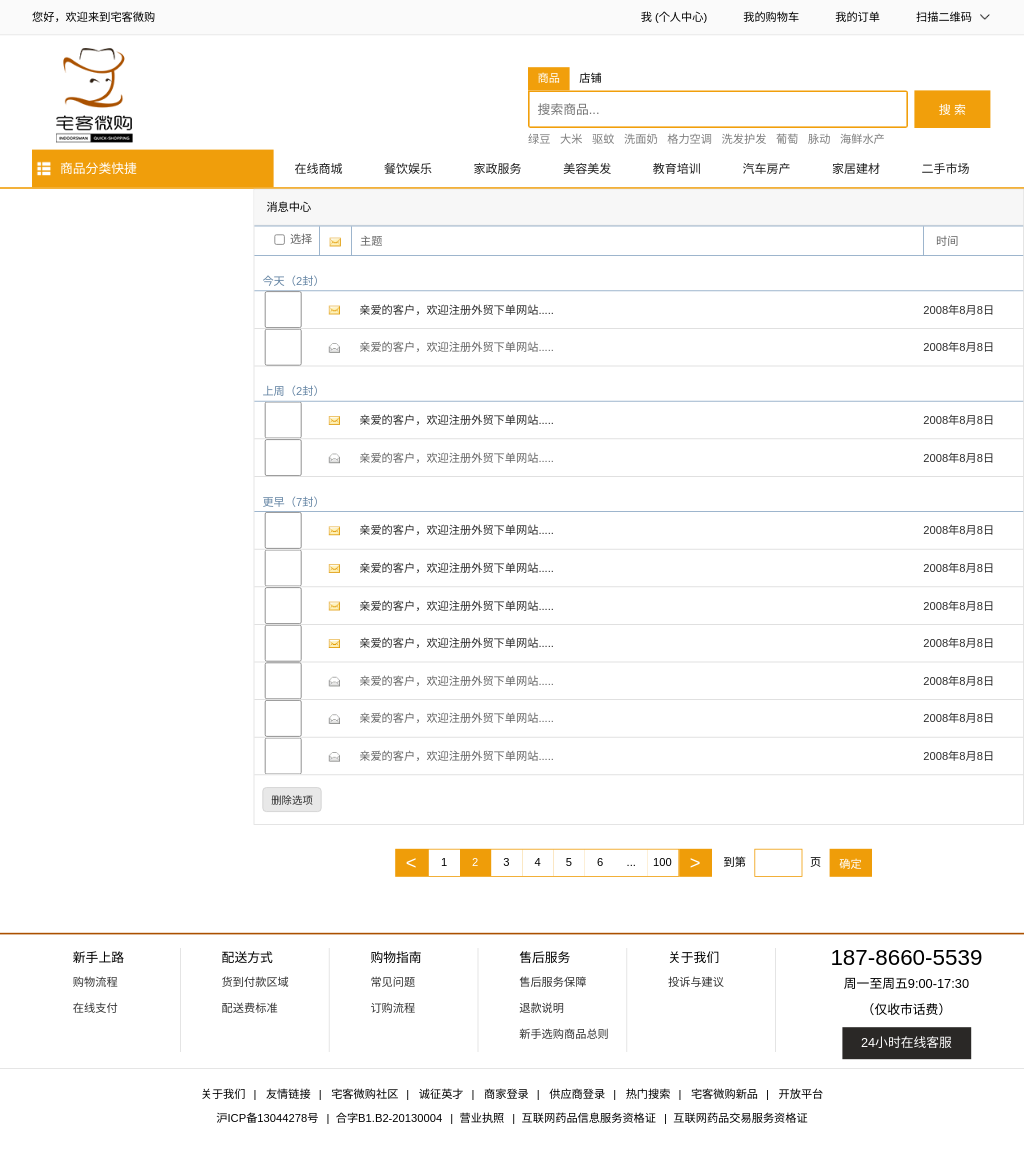
Repository: hucongting/MobliePhoneMall
Page: http://localhost/HelloMall/home/my_message.jsp
The author's editor kept a copy of each file at every save. The page is drawn from the files as they stood at one save, then again after the next save.
The browser window is 1280 px wide. The pictures show the whole page, at 80% of full size.
The page is served by Tomcat 9. Nobody is signed in. The application's start-up code is not run. Other server files are loaded and not shown.

Above is the page before, as saved 2018-09-01 06:34:33.

### HelloMall/src/main/webapp/home/my_message.jsp
<%@ page language="java" contentType="text/html; charset=UTF-8"
    pageEncoding="UTF-8"%>
<!DOCTYPE html>
<html>
<head>
<meta charset="UTF-8">
<title>个人消息</title>
<link rel="stylesheet" type="text/css" href="css/style.css" />
<link rel="stylesheet" type="text/css" href="css/shopping-mall-index.css" />
<script type="text/javascript" src="js/jquery.js"></script>
<script type="text/javascript" src="js/zhonglin.js"></script>
</head>

<body>

	<jsp:include page="top.jsp"></jsp:include>

        </div>


    	<div class="personal-r f-r">
        	<div class="personal-right">
                <div class="personal-r-tit">
                    <h3>消息中心</h3>
                </div>
                <div class="theme">
                    <p class="th-p1 f-l">
                        <input type="checkbox" value="" name="hobby"></input>
                        <span>选择</span>
                    </p>
                    <p class="th-p2 f-l">
                        <img src="images/th-wenjian-tu.gif" />
                    </p>
                    <p class="th-p3 f-l">主题</p>
                    <p class="th-p4 f-l">时间</p>
                </div>
                <div class="per-info">
                    <p class="p-top">今天（2封）</p>
                    <ul>
                        <li>
                            <input type="checkbox" value="" name="hobby"></input>
                            <p class="p-tu f-l"><img src="images/th-wenjian-tu.gif" /></p>
                            <a href="#" class="p-font f-l">亲爱的客户，欢迎注册外贸下单网站.....</a>
                            <p class="p-time f-l">2008年8月8日</p>
                            <div style="clear:both;"></div>
                        </li>
                        <li>
                            <input type="checkbox" value="" name="hobby"></input>
                            <p class="p-tu f-l"><img src="images/th-wenjian-tu2.gif" /></p>
                            <a href="#" class="p-font p-font1 f-l">亲爱的客户，欢迎注册外贸下单网站.....</a>
                            <p class="p-time f-l">2008年8月8日</p>
                            <div style="clear:both;"></div>
                        </li>
                    </ul>
                </div>
                <div class="per-info">
                    <p class="p-top">上周（2封）</p>
                    <ul>
                        <li>
                            <input type="checkbox" value="" name="hobby"></input>
                            <p class="p-tu f-l"><img src="images/th-wenjian-tu.gif" /></p>
                            <a href="#" class="p-font f-l">亲爱的客户，欢迎注册外贸下单网站.....</a>
                            <p class="p-time f-l">2008年8月8日</p>
                            <div style="clear:both;"></div>
                        </li>
                        <li>
                            <input type="checkbox" value="" name="hobby"></input>
                            <p class="p-tu f-l"><img src="images/th-wenjian-tu2.gif" /></p>
                            <a href="#" class="p-font p-font1 f-l">亲爱的客户，欢迎注册外贸下单网站.....</a>
                            <p class="p-time f-l">2008年8月8日</p>
                            <div style="clear:both;"></div>
                        </li>
                    </ul>
                </div>
                <div class="per-info">
                    <p class="p-top">更早（7封）</p>
                    <ul>
                        <li>
                            <input type="checkbox" value="" name="hobby"></input>
                            <p class="p-tu f-l"><img src="images/th-wenjian-tu.gif" /></p>
                            <a href="#" class="p-font f-l">亲爱的客户，欢迎注册外贸下单网站.....</a>
                            <p class="p-time f-l">2008年8月8日</p>
                            <div style="clear:both;"></div>
                        </li>
                        <li>
                            <input type="checkbox" value="" name="hobby"></input>
                            <p class="p-tu f-l"><img src="images/th-wenjian-tu.gif" /></p>
                            <a href="#" class="p-font f-l">亲爱的客户，欢迎注册外贸下单网站.....</a>
                            <p class="p-time f-l">2008年8月8日</p>
                            <div style="clear:both;"></div>
                        </li>
                        <li>
                            <input type="checkbox" value="" name="hobby"></input>
                            <p class="p-tu f-l"><img src="images/th-wenjian-tu.gif" /></p>
                            <a href="#" class="p-font f-l">亲爱的客户，欢迎注册外贸下单网站.....</a>
                            <p class="p-time f-l">2008年8月8日</p>
                            <div style="clear:both;"></div>
                        </li>
                        <li>
                            <input type="checkbox" value="" name="hobby"></input>
                            <p class="p-tu f-l"><img src="images/th-wenjian-tu.gif" /></p>
                            <a href="#" class="p-font f-l">亲爱的客户，欢迎注册外贸下单网站.....</a>
                            <p class="p-time f-l">2008年8月8日</p>
                            <div style="clear:both;"></div>
                        </li>
                        <li>
                            <input type="checkbox" value="" name="hobby"></input>
                            <p class="p-tu f-l"><img src="images/th-wenjian-tu2.gif" /></p>
                            <a href="#" class="p-font p-font1 f-l">亲爱的客户，欢迎注册外贸下单网站.....</a>
                            <p class="p-time f-l">2008年8月8日</p>
                            <div style="clear:both;"></div>
                        </li>
                        <li>
                            <input type="checkbox" value="" name="hobby"></input>
                            <p class="p-tu f-l"><img src="images/th-wenjian-tu2.gif" /></p>
                            <a href="#" class="p-font p-font1 f-l">亲爱的客户，欢迎注册外贸下单网站.....</a>
                            <p class="p-time f-l">2008年8月8日</p>
                            <div style="clear:both;"></div>
                        </li>
                        <li>
                            <input type="checkbox" value="" name="hobby"></input>
                            <p class="p-tu f-l"><img src="images/th-wenjian-tu2.gif" /></p>
                            <a href="#" class="p-font p-font1 f-l">亲爱的客户，欢迎注册外贸下单网站.....</a>
                            <p class="p-time f-l">2008年8月8日</p>
                            <div style="clear:both;"></div>
                        </li>
                    </ul>
                </div>
                <button class="per-del">删除选项</button>
            </div>



            <!--分页-->
            <div class="paging">
            	<div class="pag-left f-l">
                	<a href="#" class="about left-r f-l"><</a>
                    <ul class="left-m f-l">
                    	<li><a href="#">1</a></li>
                        <li class="current"><a href="#">2</a></li>
                        <li><a href="#">3</a></li>
                        <li><a href="#">4</a></li>
                        <li><a href="#">5</a></li>
                        <li><a href="#">6</a></li>
                        <li><a href="#">...</a></li>
                        <li><a href="#">100</a></li>
                        <div style="clear:both;"></div>
                    </ul>
                	<a href="#" class="about left-l f-l">></a>
                    <div style="clear:both;"></div>
                </div>
            	<div class="pag-right f-l">
                	<div class="jump-page f-l">
                        到第<input type="text" />页
                    </div>
                    <button class="f-l">确定</button>
                    <div style="clear:both;"></div>
                </div>
                <div style="clear:both;"></div>
            </div>
        </div>
        <div style="clear:both;"></div>
    	<jsp:include page="bottom.jsp" />
</body>
</html>

### HelloMall/src/main/webapp/home/top.jsp
<%@ page language="java" contentType="text/html; charset=UTF-8"
    pageEncoding="UTF-8"%>
<!DOCTYPE html>
<html>
<head>
<meta charset="UTF-8">
</head>
<body>
	<!--top 开始-->
    <div class="top">
    	<div class="top-con w1200">
        	<p class="t-con-l f-l">您好，欢迎来到宅客微购</p>
            <ul class="t-con-r f-r">
            	<li><a href="my_message.html">我 (个人中心)</a></li>
            	<li><a href="my_cart.html">我的购物车</a></li>
            	<li><a href="my_order.html">我的订单</a></li>
            	<li class="erweima">
                	<a href="#">扫描二维码</a>
                    <div class="ewm-tu">
                    	<a href="#"><img src="images/erweima-tu.jpg" /></a>
                    </div>
                </li>
                <div style="clear:both;"></div>
            </ul>
            <div style="clear:both;"></div>
        </div>
    </div>

    <!--logo search 开始-->
    <div class="hd-info1 w1200">
    	<div class="logo f-l">
        	<h1><a href="#" title="中林网站"><img src="images/logo.jpg" /></a></h1>
        </div>
        <div class="search f-r">
        	<ul class="sp">
            	<li class="current" ss-search="sp"><a href="JavaScript:;">商品</a></li>
                <li ss-search="dp"><a href="JavaScript:;">店铺</a></li>
                <div style="clear:both;"></div>
            </ul>
            <div class="srh">
            	<div class="ipt f-l">
                	<input type="text" placeholder="搜索商品..." ss-search-show="sp" />
                    <input type="text" placeholder="搜索店铺..." ss-search-show="dp" style="display:none;" />
                </div>
                <button class="f-r">搜 索</button>
                <div style="clear:both;"></div>
            </div>
            <ul class="sp2">
                <li><a href="#">绿豆</a></li>
                <li><a href="#">大米</a></li>
                <li><a href="#">驱蚊</a></li>
                <li><a href="#">洗面奶</a></li>
                <li><a href="#">格力空调</a></li>
                <li><a href="#">洗发护发</a></li>
                <li><a href="#">葡萄 </a></li>
                <li><a href="#">脉动</a></li>
                <li><a href="#">海鲜水产</a></li>
                <div style="clear:both;"></div>
            </ul>
        </div>
        <div style="clear:both;"></div>
    </div>

    <!--nav 开始-->
    <div style="border-bottom:2px solid #F09E0B;">
    	<div class="nav w1200">
    	<a href="JavaScript:;" class="sp-kj" kj="">
        	商品分类快捷
        </a>
        <div class="kj-show2 none" kj-sh="">
            <div class="kj-info1" mg="shiping">
            	<dl class="kj-dl1">
               		<dt><a href="#">食品/饮料/酒水</a></dt>
                    <dd>
                    	零食/糖果/巧克力、饼干/糕点、生鲜<br />
                        酒水饮料/乳饮料、调味/速食<br />
                        粮油/干货、冲调制品
                    </dd>
                </dl>

            </div>

            <div class="kj-info1" style="border-bottom:none;" mg="jiafang">
            	<dl class="kj-dl1" style="padding:6px 10px;">
               		<dt><a href="#">家居/家纺</a></dt>
                    <dd>
                    	浴室用品、餐具水具<br />
                        收纳/居家日用、针织纺品
                    </dd>
                </dl>
                <div class="kj-if-show" mg2="jiafang">
                	<dl>
                    	<dt>家居/家纺</dt>
                        <dd>
                        	<a href="#">坚果迷线</a>
                        	<a href="#">膨化食品</a>
                        	<a href="#">糖果果冻/巧克力/口香糖</a>
                        	<a href="#">肉类/熟食食品</a>
                        	<a href="#">进口食品</a>
                        </dd>
                        <div style="clear:both;"></div>
                    </dl>
                    <dl>
                    	<dt>家居/家纺</dt>
                        <dd>
                        	<a href="#">坚果迷线</a>
                        	<a href="#">膨化食品</a>
                        	<a href="#">糖果果冻/巧克力/口香糖</a>
                        	<a href="#">肉类/熟食食品</a>
                        	<a href="#">进口食品</a>
                        </dd>
                        <div style="clear:both;"></div>
                    </dl>
                    <dl>
                    	<dt>家居/家纺</dt>
                        <dd>
                        	<a href="#">坚果迷线</a>
                        	<a href="#">膨化食品</a>
                        	<a href="#">糖果果冻/巧克力/口香糖</a>
                        	<a href="#">肉类/熟食食品</a>
                        	<a href="#">进口食品</a>
                        </dd>
                        <div style="clear:both;"></div>
                    </dl>
                    <dl>
                    	<dt>家居/家纺</dt>
                        <dd>
                        	<a href="#">坚果迷线</a>
                        	<a href="#">膨化食品</a>
                        	<a href="#">糖果果冻/巧克力/口香糖</a>
                        	<a href="#">肉类/熟食食品</a>
                        	<a href="#">进口食品</a>
                        </dd>
                        <div style="clear:both;"></div>
                    </dl>
                    <dl>
                    	<dt>家居/家纺</dt>
                        <dd>
                        	<a href="#">坚果迷线</a>
                        	<a href="#">膨化食品</a>
                        	<a href="#">糖果果冻/巧克力/口香糖</a>
                        	<a href="#">肉类/熟食食品</a>
                        	<a href="#">进口食品</a>
                        </dd>
                        <div style="clear:both;"></div>
                    </dl>
                    <dl>
                    	<dt>家居/家纺</dt>
                        <dd>
                        	<a href="#">坚果迷线</a>
                        	<a href="#">膨化食品</a>
                        	<a href="#">糖果果冻/巧克力/口香糖</a>
                        	<a href="#">肉类/熟食食品</a>
                        	<a href="#">进口食品</a>
                        </dd>
                        <div style="clear:both;"></div>
                    </dl>
                    <dl>
                    	<dt>家居/家纺</dt>
                        <dd>
                        	<a href="#">坚果迷线</a>
                        	<a href="#">膨化食品</a>
                        	<a href="#">糖果果冻/巧克力/口香糖</a>
                        	<a href="#">肉类/熟食食品</a>
                        	<a href="#">进口食品</a>
                        </dd>
                        <div style="clear:both;"></div>
                    </dl>
                    <dl>
                    	<dt>家居/家纺</dt>
                        <dd>
                        	<a href="#">坚果迷线</a>
                        	<a href="#">膨化食品</a>
                        	<a href="#">糖果果冻/巧克力/口香糖</a>
                        	<a href="#">肉类/熟食食品</a>
                        	<a href="#">进口食品</a>
                        </dd>
                        <div style="clear:both;"></div>
                    </dl>
                    <dl>
                    	<dt>家居/家纺</dt>

                        <dd>
                        	<a href="#">坚果迷线</a>
                        	<a href="#">膨化食品</a>
                        	<a href="#">糖果果冻/巧克力/口香糖</a>
                        	<a href="#">肉类/熟食食品</a>
                        	<a href="#">进口食品</a>
                        </dd>
                        <div style="clear:both;"></div>
                    </dl>
                    <dl>
                    	<dt>家居/家纺</dt>
                        <dd>
                        	<a href="#">坚果迷线</a>
                        	<a href="#">膨化食品</a>
                        	<a href="#">糖果果冻/巧克力/口香糖</a>
                        	<a href="#">肉类/熟食食品</a>
                        	<a href="#">进口食品</a>
                        </dd>
                        <div style="clear:both;"></div>
                    </dl>
                    <dl style="border-bottom:none;">
                    	<dt>家居/家纺</dt>
                        <dd>
                        	<a href="#">坚果迷线</a>
                        	<a href="#">膨化食品</a>
                        	<a href="#">糖果果冻/巧克力/口香糖</a>
                        	<a href="#">肉类/熟食食品</a>
                        	<a href="#">进口食品</a>
                        </dd>
                        <div style="clear:both;"></div>
                    </dl>
                </div>
            </div>
        </div>
        <ul>
        	<li><a href="#">在线商城</a></li>
        	<li><a href="#">餐饮娱乐</a></li>
        	<li><a href="#">家政服务</a></li>
        	<li><a href="#">美容美发</a></li>
        	<li><a href="#">教育培训</a></li>
        	<li><a href="#">汽车房产</a></li>
        	<li><a href="#">家居建材</a></li>
        	<li><a href="#">二手市场</a></li>
            <div style="clear:both;"></div>
        </ul>
        <div style="clear:both;"></div>
    </div>
    </div>


</body>
</html>

### HelloMall/src/main/webapp/home/bottom.jsp
<%@ page language="java" contentType="text/html; charset=UTF-8"
    pageEncoding="UTF-8"%>
<!DOCTYPE html>
<html>
<head>
<meta charset="UTF-8">
</head>
<body>

    <!--底部服务-->
    <div class="ft-service">
    	<div class="w1200">
        	<div class="sv-con-l2 f-l">
            	<dl>
                	<dt><a href="#">新手上路</a></dt>
                    <dd>
                    	<a href="#">购物流程</a>
                    	<a href="#">在线支付</a>
                    </dd>
                </dl>
                <dl>
                	<dt><a href="#">配送方式</a></dt>
                    <dd>
                    	<a href="#">货到付款区域</a>
                    	<a href="#">配送费标准</a>
                    </dd>
                </dl>
                <dl>
                	<dt><a href="#">购物指南</a></dt>
                    <dd>
                    	<a href="#">常见问题</a>
                    	<a href="#">订购流程</a>
                    </dd>
                </dl>
                <dl>
                	<dt><a href="#">售后服务</a></dt>
                    <dd>
                    	<a href="#">售后服务保障</a>
                    	<a href="#">退款说明</a>
                    	<a href="#">新手选购商品总则</a>
                    </dd>
                </dl>
                <dl>
                	<dt><a href="#">关于我们</a></dt>
                    <dd>
                    	<a href="#">投诉与建议</a>
                    </dd>
                </dl>
                <div style="clear:both;"></div>
            </div>
        	<div class="sv-con-r2 f-r">
            	<p class="sv-r-tle">187-8660-5539</p>
            	<p>周一至周五9:00-17:30</p>
            	<p>（仅收市话费）</p>
            	<a href="#" class="zxkf">24小时在线客服</a>
            </div>
            <div style="clear:both;"></div>
        </div>
    </div>

    <!--底部 版权-->
    <div class="footer w1200">
    	<p>
        	<a href="#">关于我们</a><span>|</span>
        	<a href="#">友情链接</a><span>|</span>
        	<a href="#">宅客微购社区</a><span>|</span>
        	<a href="#">诚征英才</a><span>|</span>
        	<a href="#">商家登录</a><span>|</span>
        	<a href="#">供应商登录</a><span>|</span>
        	<a href="#">热门搜索</a><span>|</span>
        	<a href="#">宅客微购新品</a><span>|</span>
        	<a href="#">开放平台</a>
        </p>
        <p>
        	沪ICP备13044278号<span>|</span>合字B1.B2-20130004<span>|</span>营业执照<span>|</span>互联网药品信息服务资格证<span>|</span>互联网药品交易服务资格证
        </p>
    </div>
</body>
</html>

Loaded but not shown: HelloMall/src/main/webapp/home/js/jquery.js (library); HelloMall/src/main/webapp/home/js/zhonglin.js (361 lines, source omitted); HelloMall/src/main/webapp/home/css/shopping-mall-index.css (1188 lines, source omitted); HelloMall/src/main/webapp/home/css/style.css (194 lines, source omitted)

After the next save:
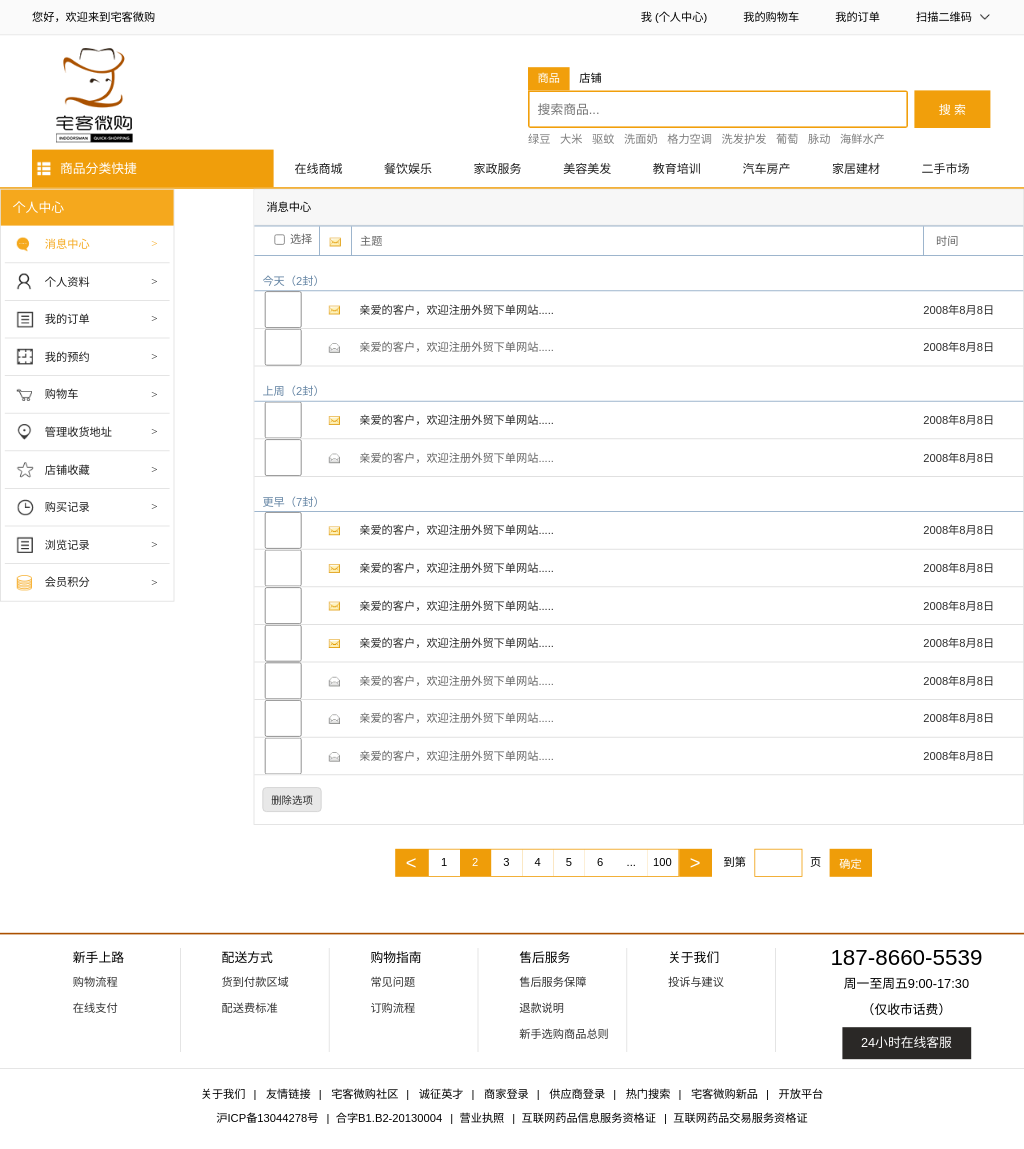
Saved 4 s later.
--- a/HelloMall/src/main/webapp/home/my_message.jsp
+++ b/HelloMall/src/main/webapp/home/my_message.jsp
@@ -17,6 +17,25 @@
 
         </div>
 
+        <!--内容开始-->
+
+    	<div class="personal-left f-l">
+        	<div class="personal-l-tit">
+            	<h3>个人中心</h3>
+            </div>
+            <ul>
+            	<li class="current-li per-li1"><a href="my_message.html">消息中心<span>></span></a></li>
+            	<li class="per-li2"><a href="my_personal.html">个人资料<span>></span></a></li>
+            	<li class="per-li3"><a href="my_order.html">我的订单<span>></span></a></li>
+            	<li class="per-li4"><a href="my_make.html">我的预约<span>></span></a></li>
+            	<li class="per-li5"><a href="my_cart.html">购物车<span>></span></a></li>
+            	<li class="per-li6"><a href="my_address.html">管理收货地址<span>></span></a></li>
+            	<li class="per-li7"><a href="my_collection.html">店铺收藏<span>></span></a></li>
+            	<li class="per-li8"><a href="buyrecord.html">购买记录<span>></span></a></li>
+            	<li class="per-li9"><a href="lookrecored.html">浏览记录<span>></span></a></li>
+            	<li class="per-li10"><a href="vip_score.html">会员积分<span>></span></a></li>
+            </ul>
+        </div>
 
     	<div class="personal-r f-r">
         	<div class="personal-right">
